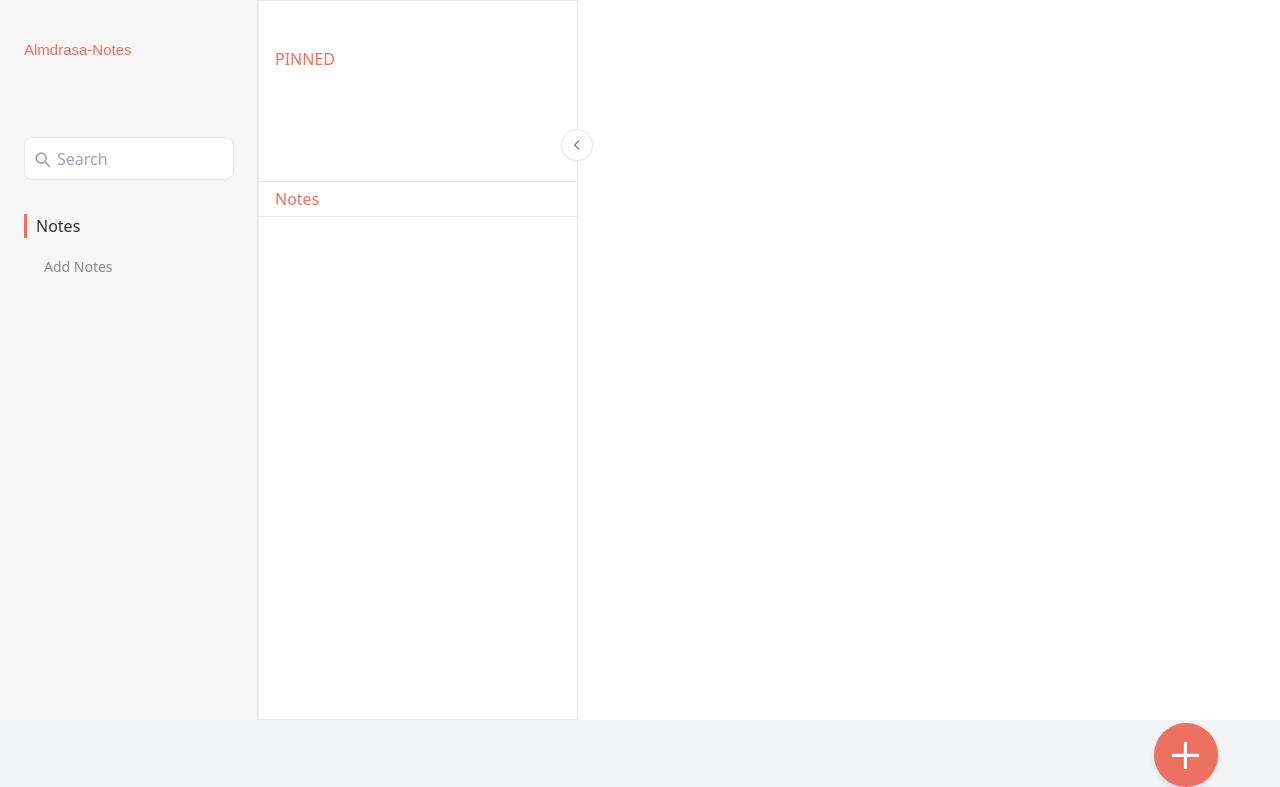
Repository: wafaa399/Note-App
Page: index.html
The author's editor kept a copy of each file at every save. The page is drawn from the files as they stood at one save, then again after the next save.
The browser window is 1280 px wide. The pictures show the whole page.
Some web fonts or font styles are not loaded; a fallback is used. Some web libraries are served in a nearby version.

Above is the page before, as saved 2026-07-20 01:15:19.
Console error: TypeError: Cannot read properties of undefined (reading 'filter')

After the next save:
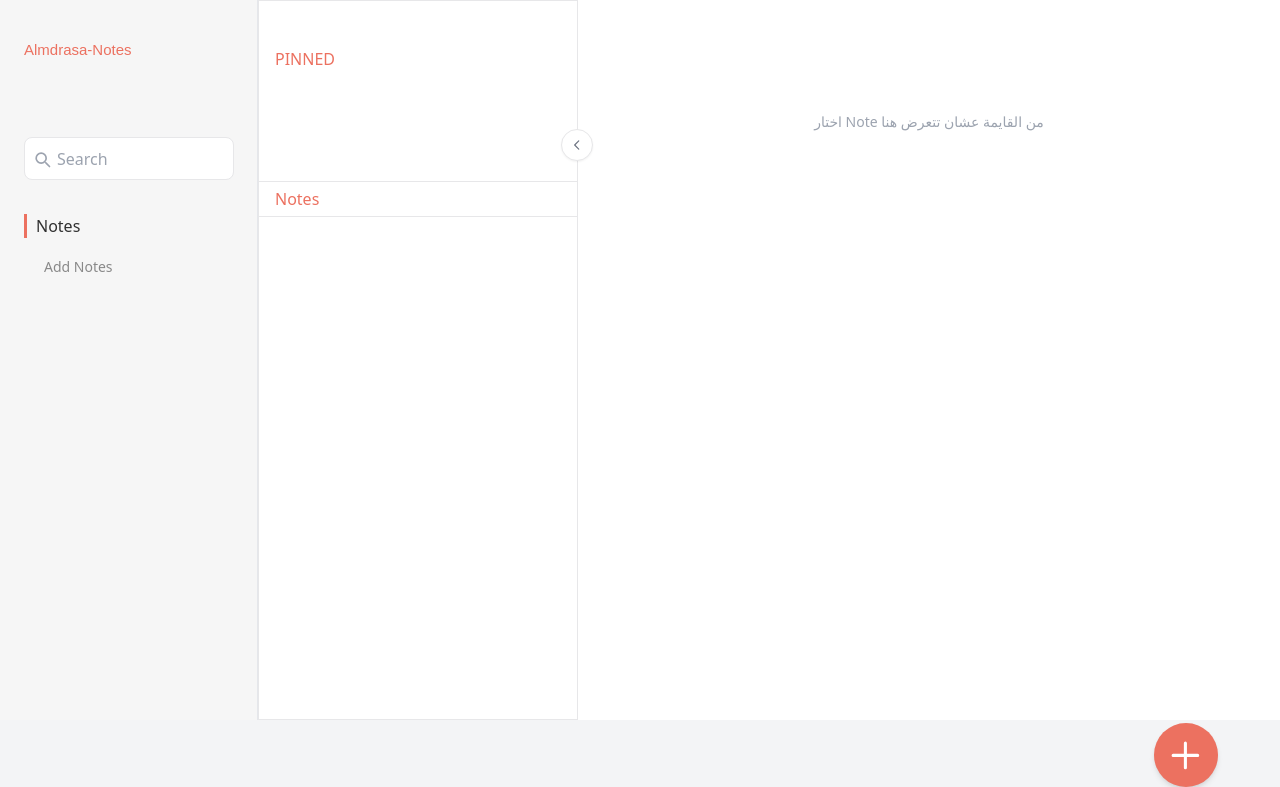
The error is gone.
Saved 2 min 30 s later.
--- a/src/model.js
+++ b/src/model.js
@@ -1,16 +1,17 @@
 const Storage_Key = "almdrasa_notes";
 
-//get data from local
-function loadNotes(notes) {
+// قراءة البيانات من Local Storage
+function loadNotes() {
+  const data = localStorage.getItem(Storage_Key);
+  return data ? JSON.parse(data) : [];
+}
+
+// حفظ البيانات في Local Storage
+function saveNotes(notes) {
   localStorage.setItem(Storage_Key, JSON.stringify(notes));
 }
 
 let notes = loadNotes();
-//to get data of notes from localstorage
-function storData() {
-  const data = localStorage.getItem(Storage_Key);
-  return data ? JSON.parse(data) : [];
-}
 
 export function getAllNotes() {
   return notes;
